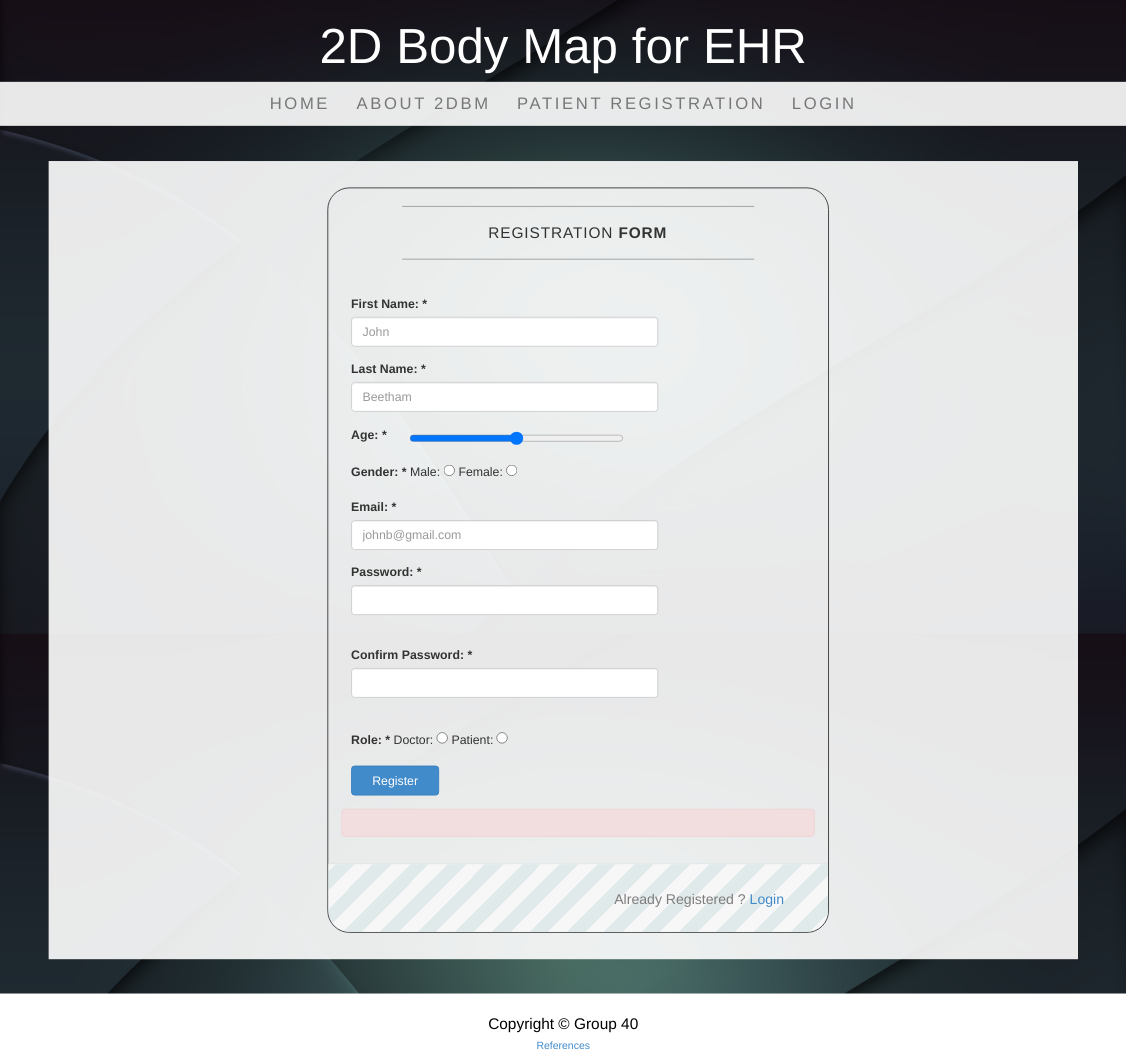
Repository: giftsondp/bodymap_new
Page: http://localhost/TwoDMapperforEHR1/Register.jsp
The author's editor kept a copy of each file at every save. The page is drawn from the files as they stood at one save, then again after the next save.
The browser window is 1280 px wide. The pictures show the whole page, at 88% of full size.
Backgrounds fixed to the window are drawn as part of the page. Some web libraries are served in a nearby version. The page is served by Tomcat 9. Other server files are loaded and not shown.

Above is the page before, as saved 2013-11-20 09:31:13.
Console error: TypeError: Cannot read properties of undefined (reading 'fn')

### TwoDMapperforEHR1/WebContent/Register.jsp
<%@ page language="java" contentType="text/html; charset=ISO-8859-1"
    pageEncoding="ISO-8859-1"%>
<!DOCTYPE html>
<html lang="en">
  <head>
    <meta charset="utf-8">
    <meta name="viewport" content="width=device-width, initial-scale=1.0">
    <meta name="description" content="">
    <meta name="author" content="">

    <title>Registration</title>

    <!-- Bootstrap core CSS -->
    <link rel="icon" type="image/png" href="img/icon.PNG">
    <link href="css/bootstrap.css" rel="stylesheet">
    <link href="css/sb-admin.css" rel="stylesheet">
    <link href="css/business-casual.css" rel="stylesheet">

     <script src="js/bootstrap.js"></script>
     <script src="http://ajax.googleapis.com/ajax/libs/jquery/1.10.2/jquery.min.js"></script>
     <link rel="stylesheet" href="font-awesome/css/font-awesome.min.css">
    <!-- Add custom CSS here -->

    <style type="text/css">


    </style>
    <script type="text/javascript">

 // function to make AJAX call to the server
	 $(document).ready(function(){


	$("#register").submit(function(e){
	  console.log("in submit");
	     e.preventDefault();
	   var success="SignUp Successful, Please Login.";
  	   var failure="Unable to Register! Please Verify and try again!";
  	   var alreadyRegistered="The email ID is already registered. Please try another email ID";
  	   var formdata = new Object();
	     var inpele = document.getElementsByTagName("input");


	     for (var i = 0; i < inpele.length; i++) {

				if(inpele[i].name == 'gender'|| inpele[i].name == "role"){
					 if(inpele[i].checked == true)
						formdata[inpele[i].name] = inpele[i].value;

				} else {
					formdata[inpele[i].name] = inpele[i].value;
				}


 }
	     frmd = JSON.stringify(formdata);

	     	$.ajax({
	        			url : "RegisterUser",
	        			type : "POST",
	        			data : frmd,
	     	            success : function(data, textStatus, jqXHR){
	     	        	   console.log('In success!');


	     	        	   if(data==success)
	 				    		{

								location.href = 'Login.jsp?msg='+ success;

	 				    		}
	 				    	else if(data==failure)
	 				    		{

	 				    			location.href = 'Register.jsp?msg='+ failure;
	 				    			document.getElementById('errorDiv').style.visibility='visible';

	 				    		}

	 				    	else if(data==alreadyRegistered)
				    		{

				    			location.href = 'Register.jsp?msg='+ alreadyRegistered;
				    /* 			document.getElementById('errorDiv').style.visibility='visible';  */
				    			/* 	$("#errorDiv").html(alreadyRegistered); */
				    				 $("#errorDiv").show();

				    		}


	        			},
	        			error : function(jqXHR, textStatus, errorThrown){
	          				console.log('fail');
	          				location.href = 'Register.jsp?msg='+ failure;;
	        			}
	      		 });

	 });
	 return false;
});


    </script>
  <script>
  var pwdvalid = false;
  function matches(){
  	var pwd = document.getElementById("pwd").value;
  	var cpwd = document.getElementById("cpwd").value;
  	if(pwd!=cpwd){
  		alert("Your password and confirm password do not match!");
  	document.getElementById("cpwd").value = "";
  	}
  }
  function show(){
  	var val = document.getElementById("age").value;
  	document.getElementById("agevalue").innerHTML = val;

  }
  function strength()
  {
  	   var uc=0; var lc=0; var sp=0;
  	   var upcase  = new RegExp("[A-Z]");
  	   //document.write(upcase);
  	   var locase  = new RegExp("[a-z]");
  	   var special =  new RegExp("[!@#$%^&*_-]");
  	   var pass = document.getElementById("pwd").value;
  	   var pg = document.getElementById("prgs");
  	   var subdisable = document.getElementById("sub");
  	   for (var i = 0; i< pass.length;i++) {
  	          if(pass.charAt(i).match(upcase))
  	            {
  	                uc++;
  	            }
  	          else if (pass.charAt(i).match(locase))
  	            {
  	               lc++;
  	            }
  	          else
  	               sp++;
  	   }
   	   if (uc>=3&& lc>= 2&&sp == 2)
  	   {
  	         pg.value = 10;
  	         document.getElementById("lbl").innerHTML = "Normal";
  	         pwdvalid = true;
  	         subdisable.disabled = false;

  	   }
  	   else if (uc >= 3&&lc >=2&&(sp>3&&sp<5)) {
  	         pg.value = 50;
  	         document.getElementById("lbl").innerHTML =  "Medium";
  	         pwdvalid = true;
  	         subdisable.disabled = false;
  	   }
  	   else if (uc >=3&& lc >=2 && sp>5) {
  	         pg.value = 100;
  	         document.getElementById("lbl").innerHTML = "Strong";
  	         pwdvalid = true;
  	         subdisable.disabled = false;
  	   }
  	   else if (pass.length == 0) {
  	         pg.value = 0;
  	         document.getElementById("lbl").innerHTML ="";
  	   }

  }

    </script>

  </head>

  <body>
  <jsp:include page="HeaderLayout.jsp" />
       <div class="container">

      <div class="row" style="overflow: auto;">
        <div class="box" style="height: auto;">
          <div class="row" style="border:1px solid; position: relative;border-radius:25px; width: 50%; margin: 0 0 0 -200px; left: 44%;"  >
          <div class="col-lg-12">
            <hr>
            <h2 class="intro-text text-center">Registration <strong>form</strong></h2>
            <hr>

                 <form role="form" id = "register">
                    <br>
                  <div class="row" >

                    <div class="form-group col-lg-8" style="left: 2%;">
                      <label>First Name: <span class="required">*</span></label>
                      <input id = "fname" type = "text" class="form-control" name = "fname" placeholder = "John" required/>
                    </div>
 					<div class="clearfix"></div>
                    <div class="form-group col-lg-8" style="left: 2%;">
                      <label>Last Name: <span class="required">*</span> </label>
                      <input id = "lname" class="form-control" type = "text" name = "lname" placeholder = "Beetham" required >
                    </div>

                   <div class="clearfix"></div>
                    <div class="form-group col-lg-8" style="left: 2%;">
                      <label>Age: <span class="required">*</span>  </label>
                     <input id = "age" type = "range" name = "age" value = "50" required onchange="show()" style="width: 70%; position: relative; left: 22px; top: 7px;"><div id = "agevalue"  style = "float:right; position: relative;  top: 7px;"></div>
                    </div>

                    	<div class="clearfix"></div>
                    <div class="form-group col-lg-8" style="left: 2%;">
                      <label>Gender: <span class="required">*</span> </label>
                      Male: <input id = "mgender" type = "radio" name = "gender" value= "M"/>
                    Female: <input id = "fgender" type = "radio" name = "gender" value= "F"/>
                    </div>

                    <div class="clearfix"></div>
                    <div class="form-group col-lg-8" style="left: 2%;">
                      <label>Email: <span class="required">*</span> </label>
                      <input id = "email" class="form-control" type = "email" name = "email" placeholder= "johnb@gmail.com" required/>
                    </div>

                     <div class="clearfix"></div>
                    <div class="form-group col-lg-8" style="left: 2%;">
                      <label>Password: <span class="required">*</span> </label>
                      <input id = "pwd" class="form-control" type = "password" name = "pwd" required onkeyup = "strength()" title ="Password must contain atleast 3 Upper-case 2 lower-case and 2 special chars"/> <progress value = "0" max = "100" id = "prgs" style="left: 102%; visibility:hidden; top: -28px; position: relative"></progress>
                   	  <label id = "lbl" for = "prgs"></label>
                    </div>

                     <div class="clearfix"></div>
                    <div class="form-group col-lg-8" style="left: 2%;">
                      <label>Confirm Password: <span class="required">*</span> </label>
                     <input id = "cpwd" class="form-control" type = "password" name = "cpwd"  required onchange = "matches()"/>
                   	    <label id = "mismatch"></label>
                    </div>

                    <div class="clearfix"></div>
                    <div class="form-group col-lg-8" style="left: 2%;">
                      <label>Role: <span class="required">*</span> </label>
                      Doctor: <input id = "drole" type = "radio" name = "role" value= "Doctor"/>
                      Patient: <input id = "prole" type = "radio" name = "role" value= "Patient"/>
                    </div>

                    <div class="clearfix"></div>
                      <div class="form-group col-lg-12" style="left: 2%;">
                      <button type="submit" class="btn btn-primary" style="width:100px;">Register</button>
                    </div>
                </div>
                 <div class="alert alert-danger alert-dismissable" id="errorDiv">
          <!--     <button type="button" class="close" data-dismiss="alert" id="error" aria-hidden="true">&times;</button> -->

            </div>
             <p class="change_linkreg">
									Already Registered ?
									<a href="Login.jsp" class="to_register">Login</a>
								</p>
              </form>
          </div>
          </div>
        </div>
      </div>

    </div><!-- /.container -->

      <jsp:include page="FooterLayout.jsp" />

  </body>
</html>

### TwoDMapperforEHR1/WebContent/FooterLayout.jsp
<%@ page language="java" contentType="text/html; charset=ISO-8859-1"
    pageEncoding="ISO-8859-1"%>
<!DOCTYPE html>
<html lang="en">
  <head>
    <meta charset="utf-8">
    <meta name="viewport" content="width=device-width, initial-scale=1.0">
    <meta name="description" content="">
    <meta name="author" content="">

    <title></title>

    <!-- Bootstrap core CSS -->
    <link href="css/bootstrap.css" rel="stylesheet">

    <!-- Add custom CSS here -->
    <link href="css/business-casual.css" rel="stylesheet">
  </head>

  <body>

    <footer>
      <div class="container">
        <div class="row">
          <div class="col-lg-12 text-center">
            <p>Copyright &copy; Group 40</p>
           <small><a href="References.jsp">References</a></small>
          </div>
        </div>
      </div>
    </footer>


  </body>
</html>

### TwoDMapperforEHR1/WebContent/css/sb-admin.css
/*
Author: Start Bootstrap - http://startbootstrap.com
'SB Admin' HTML Template by Start Bootstrap

All Start Bootstrap themes are licensed under Apache 2.0.
For more info and more free Bootstrap 3 HTML themes, visit http://startbootstrap.com!
*/

/* ATTN: This is mobile first CSS - to update 786px and up screen width use the media query near the bottom of the document! */

/* Global Styles */

body {
  margin-top: 50px;
}

#wrapper {
  	padding-left: 225px;
}



#page-wrapper {
  width: 100%;
  margin-top: -12px;


/*   padding: 5px 15px; */
}

.navbar-text img {
  max-height:30px;
  width:auto;
  vertical-align:middle;
}

.merged .input-group-addon {
    border-right: 0px;
    background-color: #FFFFFF;
}
.merged input {
    border-left: 0px;
    background-color: #FFFFFF;
}


/*
. li a {
  color: #999999;
  display: block;
  text-decoration: none;
}
 */

/* Table Headers */

table.tablesorter thead {
  cursor: pointer;
}

table.tablesorter thead tr th:hover {
  background-color: #f5f5f5;
}





/* Edit Below to Customize Widths > 768px */
@media (min-width:768px) {

  /* Wrappers */


#nobodyimg
{

	height: 475px;
	 width: 350px;
	margin-left: 50px;
	 opacity:0.15;
	 filter:alpha(opacity=15);


}



#contentHeading
{

	position:relative;
/* 	left: 40px; */


}




ul>li
{

	height: 80px;

}
.change_linkreg
{
	position: relative;
	left: -15px;
	color: rgb(127, 124, 124);
	height: 50px;
	width: 105.65% ;
	top: 10px;
	padding: 27px 50px 50px 30px;
	font-size: 16px	;
	text-align: right;
	border-top: 1px solid rgb(219, 229, 232);
	-webkit-border-radius: 0 0  5px 5px;
	   -moz-border-radius: 0 0  5px 5px;
	        border-radius: 0 0  25px 25px;
	background: rgb(225, 234, 235);
	background: -moz-repeating-linear-gradient(-45deg,
	rgb(247, 247, 247) ,
	rgb(247, 247, 247) 15px,
	rgb(225, 234, 235) 15px,
	rgb(225, 234, 235) 30px,
	rgb(247, 247, 247) 30px
	);
	background: -webkit-repeating-linear-gradient(-45deg,
	rgb(247, 247, 247) ,
	rgb(247, 247, 247) 15px,
	rgb(225, 234, 235) 15px,
	rgb(225, 234, 235) 30px,
	rgb(247, 247, 247) 30px
	);
	background: -o-repeating-linear-gradient(-45deg,
	rgb(247, 247, 247) ,
	rgb(247, 247, 247) 15px,
	rgb(225, 234, 235) 15px,
	rgb(225, 234, 235) 30px,
	rgb(247, 247, 247) 30px
	);
	background: repeating-linear-gradient(-45deg,
	rgb(247, 247, 247) ,
	rgb(247, 247, 247) 15px,
	rgb(225, 234, 235) 15px,
	rgb(225, 234, 235) 30px,
	rgb(247, 247, 247) 30px
	);

}


.change_link
{

	position: relative;
	left: -15px;
	color: rgb(127, 124, 124);
	height: 50px;
	width: 108% ;
	top: 10px;
	padding: 27px 50px 50px 30px;
	font-size: 16px	;
	text-align: right;
	border-top: 1px solid rgb(219, 229, 232);
	-webkit-border-radius: 0 0  5px 5px;
	   -moz-border-radius: 0 0  5px 5px;
	        border-radius: 0 0  25px 25px;
	background: rgb(225, 234, 235);
	background: -moz-repeating-linear-gradient(-45deg,
	rgb(247, 247, 247) ,
	rgb(247, 247, 247) 15px,
	rgb(225, 234, 235) 15px,
	rgb(225, 234, 235) 30px,
	rgb(247, 247, 247) 30px
	);
	background: -webkit-repeating-linear-gradient(-45deg,
	rgb(247, 247, 247) ,
	rgb(247, 247, 247) 15px,
	rgb(225, 234, 235) 15px,
	rgb(225, 234, 235) 30px,
	rgb(247, 247, 247) 30px
	);
	background: -o-repeating-linear-gradient(-45deg,
	rgb(247, 247, 247) ,
	rgb(247, 247, 247) 15px,
	rgb(225, 234, 235) 15px,
	rgb(225, 234, 235) 30px,
	rgb(247, 247, 247) 30px
	);
	background: repeating-linear-gradient(-45deg,
	rgb(247, 247, 247) ,
	rgb(247, 247, 247) 15px,
	rgb(225, 234, 235) 15px,
	rgb(225, 234, 235) 30px,
	rgb(247, 247, 247) 30px
	);

}





.box
{

	height: 680px;

}

### TwoDMapperforEHR1/WebContent/css/business-casual.css
body {
  background: url(../img/bg.jpg) no-repeat center center fixed;
   -webkit-background-size: cover;
  -moz-background-size: cover;
  -o-background-size: cover;
    background-size: cover;
    height:100%;
}

.special,.special .jumbotron {height:100%;}

h1, h2, h3, h4, h5, h6 {
  text-transform: uppercase;
  letter-spacing: 3px;
  font-weight: 400;
}



p {
  font-size: 1.25em;
  line-height: 1.6;
  color: #000;
}

hr {
  border-color: #999999;
  max-width: 400px;
}

.brand,
.address-bar {
  display: none;
}


.navbar-brand {
  text-transform: uppercase;
  letter-spacing: 2px;
  font-weight: 900;
}

.navbar-nav {
  text-transform: uppercase;
  letter-spacing: 3px;
  font-weight: 400;
}

.img-full {
  min-width: 100%;
}


#deletePatient, #createBodyMap
{


	display: block;
	width: 100%;
}
.heading
{
	margin-top:1%;
	color: #ffffff;
	text-align: center;
	font-size: 4em;


}

/*Main Menu Height  */
/* .navbar  {

height: 19px;
padding: (@navbarHeight - 20)/2 10px ((@navbarHeight - 20)/2 + 1);


	}
 */
/* .navbar
{

	 height: 35px;


} */

/* .navbar li

{




} */

.brand-name {
  font-weight: 700;
  font-size: 1.5em;
  text-transform: capitalize;
  letter-spacing: normal;
}

.tagline-divider {
  margin: 15px auto 3px;
  border-color: #999999;
  max-width: 250px;
}

.box {
  background: #fff;
  background: rgba(255,255,255,0.9);
  margin-bottom: 20px;
  padding: 30px 15px;
}

.intro-text {
  text-transform: uppercase;
  letter-spacing: 1px;
  font-size: 1.25em;
  font-weight: 400;
}

.img-border {
  float: none;
  margin: 0 auto 0;
  border: #999999 solid 1px;
}

.img-left {
  float: none;
  margin: 0 auto 0;
}

footer {
  background: #fff;
   position: relative;
  margin-top: 1.5%; /* negative value of footer height */
  clear:both;
  padding-top:20px;
}

footer p {
  margin: 0;

  /*  padding: 10px 0;  */
}

@media screen and (min-width: 768px) {

.brand {
  display: inherit;
  font-weight: 700;
  font-size: 4em;
  line-height: normal;
  text-align: center;
  margin: 0;
  padding: 30px 0 10px;
  color: #fff;
  text-shadow: 1px 1px 2px rgba(0, 0, 0, 0.5);
}

.top-divider {
  margin-top: 0;
}

.img-left {
  float: left;
  margin-right: 25px;
}

.address-bar {
  display: inherit;
  text-align: center;
  margin: 0;
  padding: 0 0 40px;
  font-size: 1.25em;
  text-transform: uppercase;
  letter-spacing: 3px;
  font-weight: 400;
  color: #fff;
  text-shadow: 1px 1px 2px rgba(0, 0, 0, 0.5);
}

.navbar {
  border-radius: 0;
  height: 19px;

}

.navbar-header {
  display: none;
}


.navbar-default {
	  background: #fff;
	  background: rgba(255,255,255,0.9);
	  border: none;
	/*   height: -10%;  */
}



.navbar-nav>li>a {

	  padding: 15px;

}


/* Main Menu Font */
 .navbar-nav {
  float: none;
  margin: 0 auto;
  display: table;
  table-layout: fixed;
  font-size: 1.35em;

}

}

### TwoDMapperforEHR1/WebContent/css/style.css
#datepicker { position: relative; z-index: 1000; }

#ui-datepicker-div { font-size:9px; }

#backgroundPopup {
	z-index:1;
	position: fixed;
	display:none;
	height:100%;
	width:100%;
	background:#000000;
	top:0px;
	left:0px;
}
#toPopup {
	font-family: "lucida grande",tahoma,verdana,arial,sans-serif;
    background: none repeat scroll 0 0 #FFFFFF;
    border: 10px solid #ccc;
    border-radius: 3px 3px 3px 3px;
    color: #333333;
    display: none;
	font-size: 14px;

	 /* position: absolute !important;  */

   /*   margin-left: -200px;  */
   /*  position: absolute;
     top: 0;  */
    /* width: 300px; */
    /* z-index: 2; */
    position: absolute;
/*   top: 40px; */
  width: 300px;
 /*  height: 360px; */
  z-index: 10000;






}

#toPopup textarea {
	height: auto;
	width: auto;
}

#toPopup select {
	width: 100%;
}

tr.spaceunder > td
{
  padding-bottom: 1em;
}

div.loader {
    background: url("../img/loading.gif") no-repeat scroll 0 0 transparent;
    height: 32px;
    width: 32px;
	display: none;
	z-index: 9999;
	top: 40%;
	left: 50%;
	position: absolute;
	margin-left: -10px;
}
div.close {
    background: url("../img/closebox.png") no-repeat scroll 0 0 transparent;
    bottom: 24px;
    cursor: pointer;
    float: right;
    height: 30px;
    left: 27px;
    position: relative;
    width: 30px;
}
span.ecs_tooltip {
    background: none repeat scroll 0 0 #000000;
    border-radius: 2px 2px 2px 2px;
    color: #FFFFFF;
    display: none;
    font-size: 11px;
    height: 16px;
    opacity: 0.7;
    padding: 4px 3px 2px 5px;
    position: absolute;
    right: -62px;
    text-align: center;
    top: -51px;
    width: 93px;
}
span.arrow {
    border-left: 5px solid transparent;
    border-right: 5px solid transparent;
    border-top: 7px solid #000000;
    display: block;
    height: 1px;
    left: 40px;
    position: relative;
    top: 3px;
    width: 1px;
}
div#popup_content {
    margin: 4px 7px;
}

Loaded but not shown: TwoDMapperforEHR1/WebContent/css/bootstrap.css (library); TwoDMapperforEHR1/WebContent/js/bootstrap.js (library); TwoDMapperforEHR1/WebContent/font-awesome/css/font-awesome.min.css (library); TwoDMapperforEHR1/WebContent/js/jquery.js (library); TwoDMapperforEHR1/WebContent/HeaderLayout.jsp (106 lines, source omitted)

After the next save:
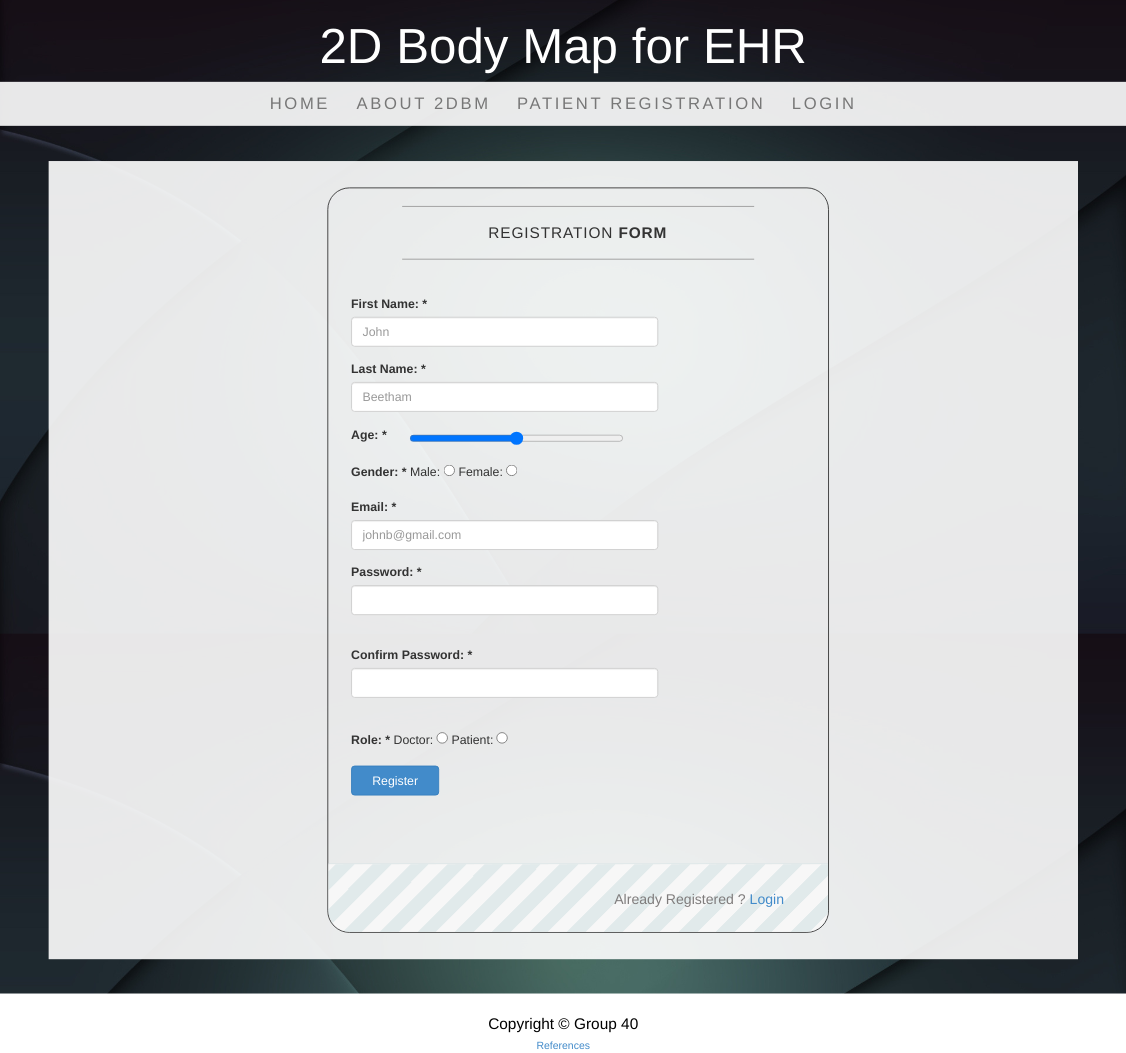
Saved 30 s later.
--- a/TwoDMapperforEHR1/WebContent/Register.jsp
+++ b/TwoDMapperforEHR1/WebContent/Register.jsp
@@ -240,7 +240,7 @@
                       <button type="submit" class="btn btn-primary" style="width:100px;">Register</button>
                     </div>
                 </div>
-                 <div class="alert alert-danger alert-dismissable" id="errorDiv">
+                 <div class="alert alert-danger alert-dismissable" id="errorDiv" style="visibility: hidden">
           <!--     <button type="button" class="close" data-dismiss="alert" id="error" aria-hidden="true">&times;</button> -->
 
             </div>
